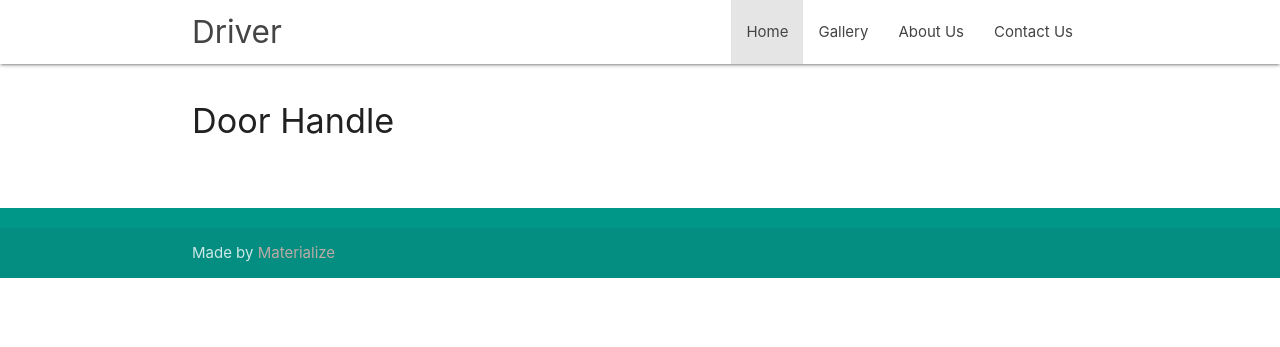
Repository: Madhav-77/Hardware-Shop
Page: http://localhost/home/gallery
The author's editor kept a copy of each file at every save. The page is drawn from the files as they stood at one save, then again after the next save.
The browser window is 1280 px wide. The pictures show the whole page.
Some web libraries are served in a nearby version. The page is served by the project's Laravel application, run on PHP 8.4 with Laravel 8. Other server files are loaded and not shown.

Above is the page before, as saved 2019-06-21 22:33:36.
Console error: TypeError: Cannot read properties of undefined (reading 'top')

### app/Providers/AppServiceProvider.php
<?php

namespace App\Providers;

use Illuminate\Support\ServiceProvider;
use Illuminate\Support\Facades\Schema;

class AppServiceProvider extends ServiceProvider
{
    /**
     * Register any application services.
     *
     * @return void
     */
    public function register()
    {
        //
    }

    /**
     * Bootstrap any application services.
     *
     * @return void
     */

    public function boot()
    {
        Schema::defaultStringLength(191);
    }
}

### routes/web.php
<?php

/*
|--------------------------------------------------------------------------
| Web Routes
|--------------------------------------------------------------------------
|
| Here is where you can register web routes for your application. These
| routes are loaded by the RouteServiceProvider within a group which
| contains the "web" middleware group. Now create something great!
|
*/

Route::get('/home', function () {
    return view('index');
});

Route::get('/home/gallery', function () {
    return view('gallery');
});
Route::get('/scroll', 'HomeController@scroll');

Auth::routes();

Route::get('/home', 'HomeController@index')->name('home');

Auth::routes();

Route::get('/home', 'HomeController@index')->name('home');

### resources/views/gallery.blade.php
<!DOCTYPE html>
<html lang="en">
<head>
  <meta http-equiv="Content-Type" content="text/html; charset=UTF-8"/>
  <meta name="viewport" content="width=device-width, initial-scale=1"/>
  <title>Parallax Template - Materialize</title>

  <!-- CSS  -->
  <link href="https://fonts.googleapis.com/icon?family=Material+Icons" rel="stylesheet">
  <link href="{{URL::asset('css/materialize.css')}}" type="text/css" rel="stylesheet" media="screen,projection"/>
  <link href="{{URL::asset('css/style.css')}}" type="text/css" rel="stylesheet" media="screen,projection"/>
</head>
<style>
#gallery {
  padding-top: 0.7rem;
}
</style>
<body>
    <div class="navbar-fixed">
  <nav class="white" role="navigation">
    <div class="nav nav-wrapper container" id="menu">
      <a id="logo-container" href="#" class="brand-logo">Driver</a>
      <ul class="right hide-on-med-and-down">
        <li class="active"><a class="a" href="#">Home</a></li>
      <li><a class="a" href="#gallery">Gallery</a></li>
      <li><a class="a" href="#aboutUs">About Us</a></li>
      <li><a class="a" href="#contactUs">Contact Us</a></li>
      </ul>

      <ul id="nav-mobile" class="sidenav">
        <li><a href="#">Driver</a></li>
        <li class=""><a class="a" href="#home">Home</a></li>
        <li><a class="active" href="#gallery">Gallery</a></li>
        <li><a class="a" href="#aboutUs">About Us</a></li>
        <li><a class="a" href="#contactUs">Contact Us</a></li>
      </ul>
      <a href="#" data-target="nav-mobile" class="sidenav-trigger"><i class="material-icons">menu</i></a>
    </div>
  </nav>
    </div>

    <div class="container">
        <div class="section">
            <div class="row">
                <h4 align="left" style="color:rgba(0, 0, 0, 0.87);">Door Handle</h4>
                <div class="row">

                </div>
            </div>
        </div>
    </div>




  <footer id="contactUs" class="page-footer teal">

    <div class="footer-copyright">
      <div class="container">
      Made by <a class="brown-text text-lighten-3" href="http://materializecss.com">Materialize</a>
      </div>
    </div>
  </footer>


  <!--  Scripts-->
  <script src="https://code.jquery.com/jquery-2.1.1.min.js"></script>
  <script src="{{URL::asset('js/materialize.js')}}"></script>
  <script src="{{URL::asset('js/init.js')}}"></script>
  <script>

$(document).ready(function () {
    $(document).on("scroll", onScroll);

    //smoothscroll
    $('a[href^="#"]').on('click', function (e) {
        e.preventDefault();
        $(document).off("scroll");

        $('a').each(function () {
            $(this).removeClass('active');
        })
        $(this).addClass('active');

        var target = this.hash,
            menu = target;
        $target = $(target);
        $('html, body').stop().animate({
            'scrollTop': $target.offset().top+2
        }, 500, 'swing', function () {
            window.location.hash = target;
            $(document).on("scroll", onScroll);
        });
    });
});

function onScroll(event){
    var scrollPos = $(document).scrollTop();
    $('#menu a').each(function () {
        var currLink = $(this);
        var refElement = $(currLink.attr("href"));
        if (refElement.position().top <= scrollPos && refElement.position().top + refElement.height() > scrollPos) {
            $('#menu ul li a').removeClass("active");
            currLink.addClass("active");
        }
        else{
            currLink.removeClass("active");
        }
    });
}
$(".nav li").click(function() {
    if ($(".nav li").removeClass("active")) {
        $(this).removeClass("active");
    }
    $(this).addClass("active");
});
</script>
  </body>
</html>

### public/css/style.css
/* Custom Stylesheet */
/**
 * Use this file to override Materialize files so you can update
 * the core Materialize files in the future
 *
 * Made By MaterializeCSS.com
 */

nav ul a,
nav .brand-logo {
  color: #444;
}

p {
  line-height: 2rem;
}

.sidenav-trigger {
  color: #26a69a;
}

.parallax-container {
  min-height: 380px;
  line-height: 0;
  height: auto;
  color: rgba(255,255,255,.9);
}
  .parallax-container .section {
    width: 100%;
  }

@media only screen and (max-width : 992px) {
  .parallax-container .section {
    position: absolute;
    top: 40%;
  }
  #index-banner .section {
    top: 10%;
  }
}

@media only screen and (max-width : 600px) {
  #index-banner .section {
    top: 0;
  }
}

.icon-block {
  padding: 0 15px;
}
.icon-block .material-icons {
  font-size: inherit;
}

footer.page-footer {
  margin: 0;
}

Loaded but not shown: app/Http/Controllers/Auth/LoginController.php (common file); app/Http/Controllers/Controller.php (common file); public/css/materialize.css (library); public/js/materialize.js (library); public/js/init.js (common file)

After the next save:
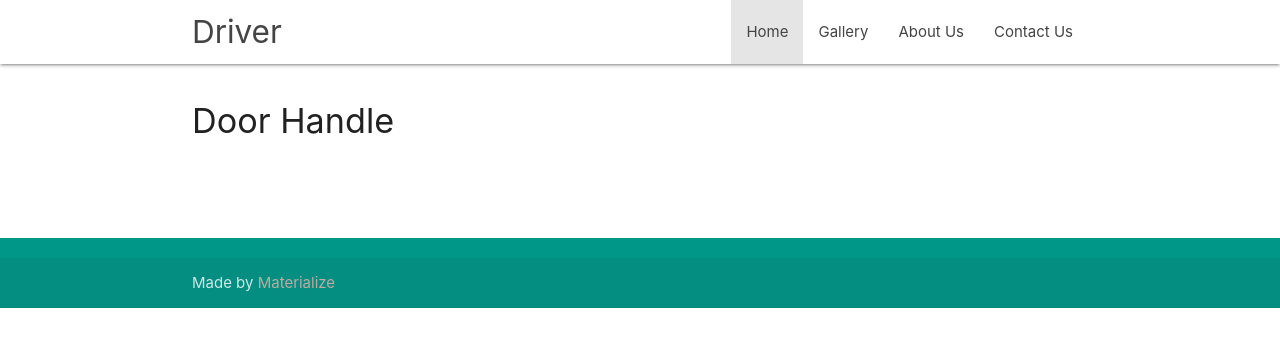
Saved 99 s later.
--- a/resources/views/gallery.blade.php
+++ b/resources/views/gallery.blade.php
@@ -43,7 +43,7 @@
         <div class="section">
             <div class="row">
                 <h4 align="left" style="color:rgba(0, 0, 0, 0.87);">Door Handle</h4>
-                <div class="row">
+                <div class="row section">
 
                 </div>
             </div>

After the save that followed:
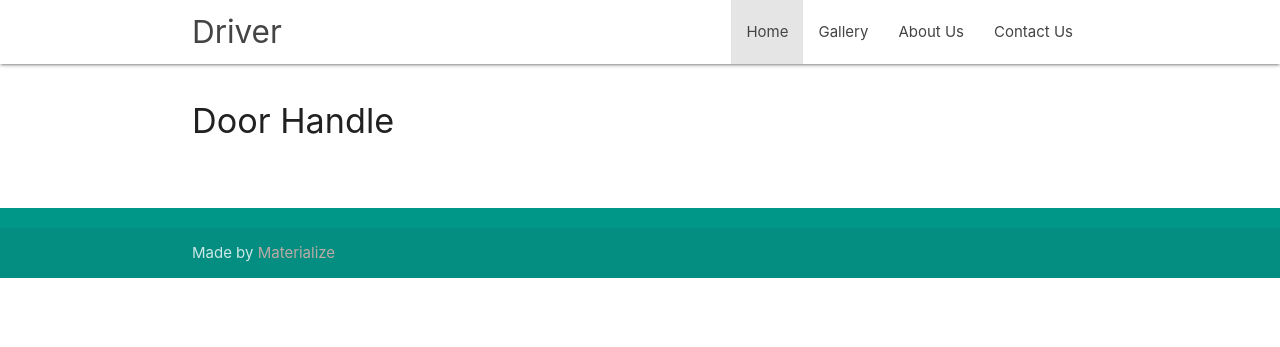
Saved 12 s later.
--- a/resources/views/gallery.blade.php
+++ b/resources/views/gallery.blade.php
@@ -43,7 +43,7 @@
         <div class="section">
             <div class="row">
                 <h4 align="left" style="color:rgba(0, 0, 0, 0.87);">Door Handle</h4>
-                <div class="row section">
+                <div class="row card-section">
 
                 </div>
             </div>
